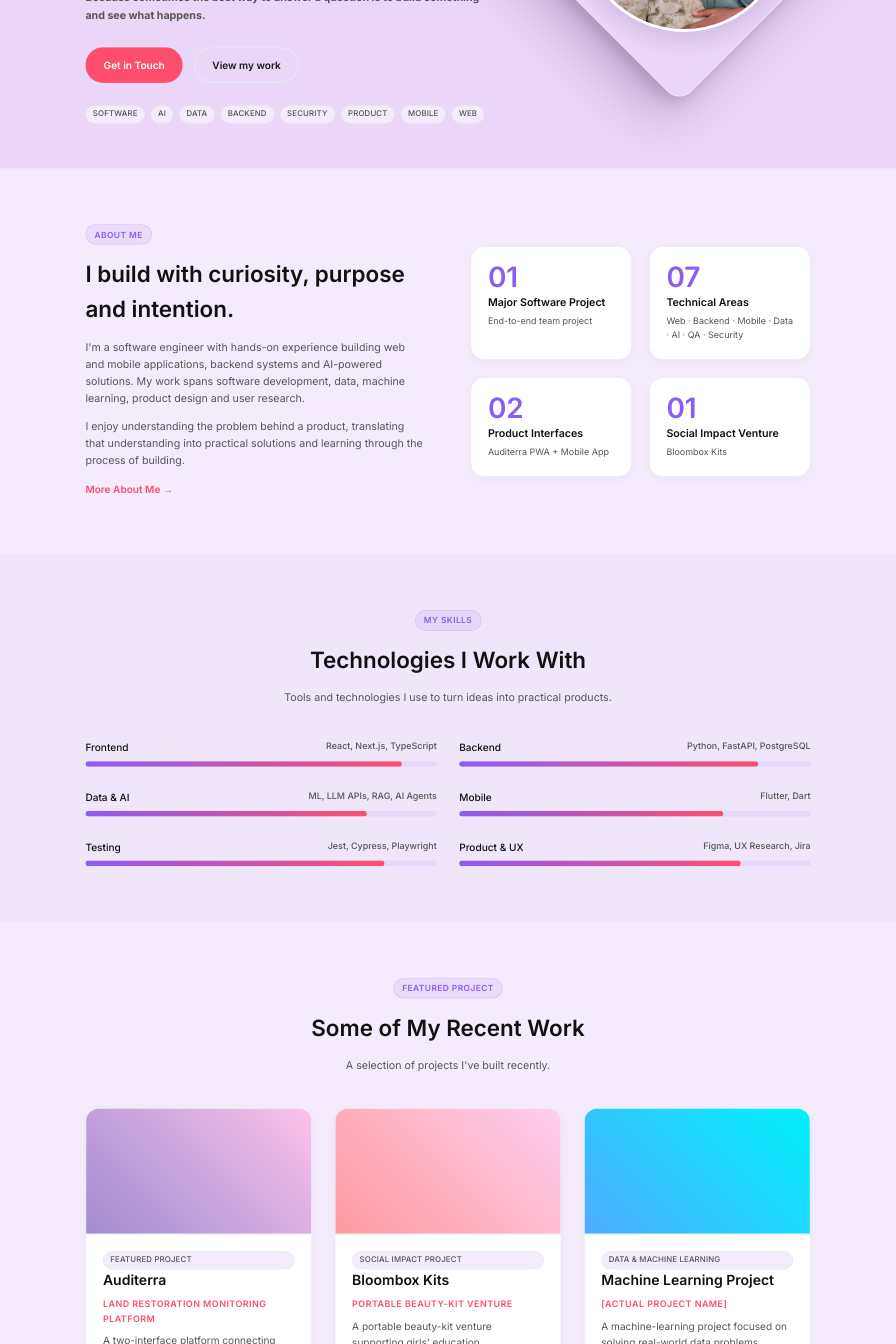
Repository: najmahares/portfolio
Page: index.html
These files come from the project's save history. The page is drawn as it stood at one moment and after the next save; the edit follows.
The browser window is 1280 px wide. The pictures show the part of the page from y = 558 to 2478 px (the page is 3287 px tall before and 3409 px after), at 70% of full size.

Above is the page before, as saved 2026-09-19 07:04:39.

After the next save:
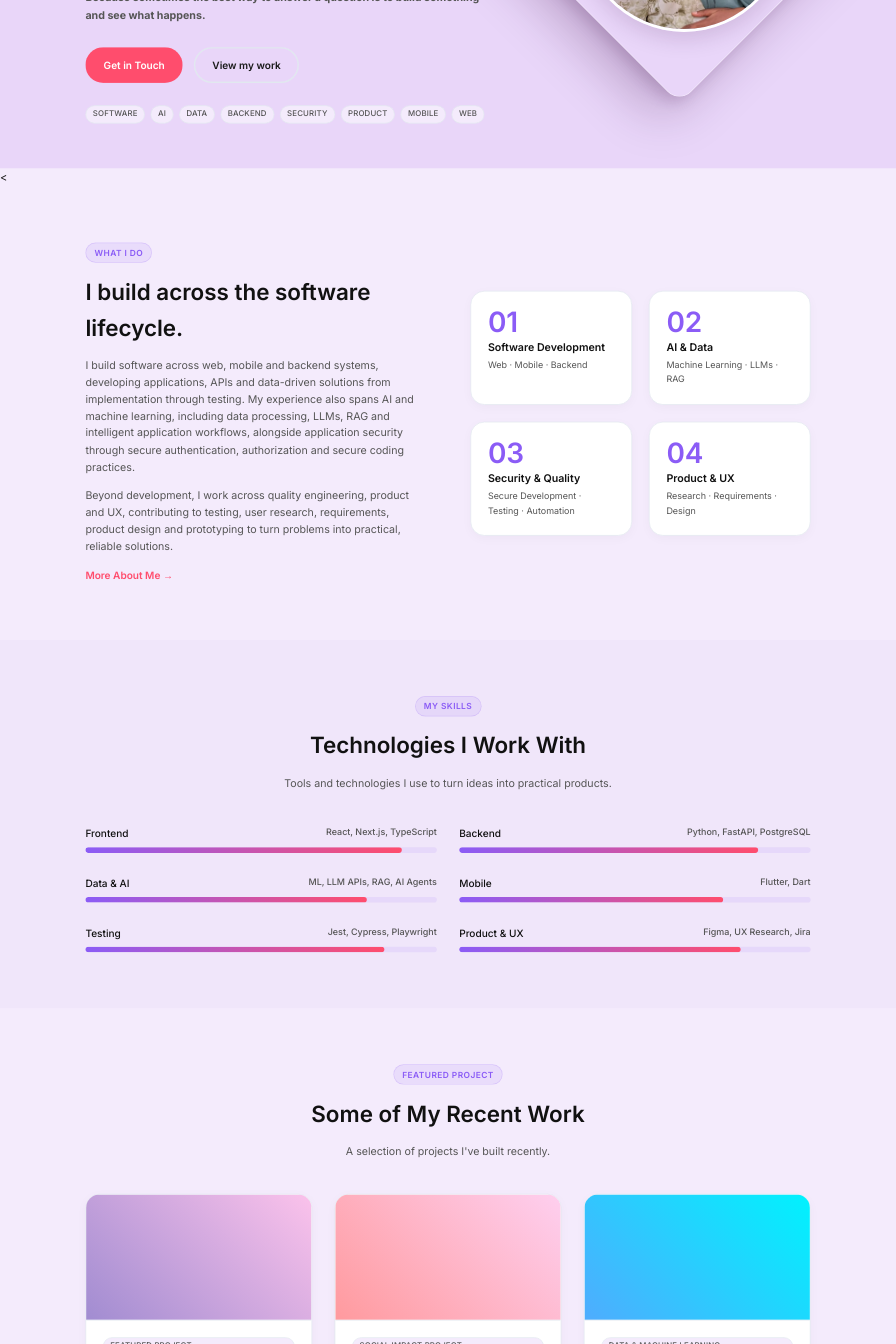
Saved 3 min 30 s later.
--- a/index.html
+++ b/index.html
@@ -90,51 +90,58 @@
     </section>
 
     <!-- About & Stats -->
+    <
     <section id="about" class="section">
       <div class="container about-grid">
         <div class="about-text reveal">
-          <span class="badge">ABOUT ME</span>
-          <h2>I build with curiosity, purpose and intention.</h2>
+          <span class="badge">WHAT I DO</span>
+          <h2>I build across the software lifecycle.</h2>
           <p>
-            I'm a software engineer with hands-on experience building web and
-            mobile applications, backend systems and AI-powered solutions. My
-            work spans software development, data, machine learning, product
-            design and user research.
+            I build software across web, mobile and backend systems, developing
+            applications, APIs and data-driven solutions from implementation
+            through testing. My experience also spans AI and machine learning,
+            including data processing, LLMs, RAG and intelligent application
+            workflows, alongside application security through secure
+            authentication, authorization and secure coding practices.
           </p>
           <p>
-            I enjoy understanding the problem behind a product, translating that
-            understanding into practical solutions and learning through the
-            process of building.
+            Beyond development, I work across quality engineering, product and
+            UX, contributing to testing, user research, requirements, product
+            design and prototyping to turn problems into practical, reliable
+            solutions.
           </p>
           <a href="#" class="link-arrow">More About Me →</a>
         </div>
+
         <div class="stats-grid">
           <div class="card stat-card reveal tilt-card">
             <h3>01</h3>
-            <p>Major Software Project</p>
-            <span class="stat-sub">End-to-end team project</span>
-          </div>
-          <div class="card stat-card reveal tilt-card">
-            <h3>07</h3>
-            <p>Technical Areas</p>
-            <span class="stat-sub"
-              >Web · Backend · Mobile · Data · AI · QA · Security</span
-            >
-          </div>
+            <p>Software Development</p>
+            <span class="stat-sub">Web · Mobile · Backend</span>
+          </div>
+
           <div class="card stat-card reveal tilt-card">
             <h3>02</h3>
-            <p>Product Interfaces</p>
-            <span class="stat-sub">Auditerra PWA + Mobile App</span>
-          </div>
+            <p>AI &amp; Data</p>
+            <span class="stat-sub">Machine Learning · LLMs · RAG</span>
+          </div>
+
           <div class="card stat-card reveal tilt-card">
-            <h3>01</h3>
-            <p>Social Impact Venture</p>
-            <span class="stat-sub">Bloombox Kits</span>
+            <h3>03</h3>
+            <p>Security &amp; Quality</p>
+            <span class="stat-sub"
+              >Secure Development · Testing · Automation</span
+            >
+          </div>
+
+          <div class="card stat-card reveal tilt-card">
+            <h3>04</h3>
+            <p>Product &amp; UX</p>
+            <span class="stat-sub">Research · Requirements · Design</span>
           </div>
         </div>
       </div>
     </section>
-
     <!-- Skills -->
     <section id="skills" class="section bg-alt">
       <div class="container">
